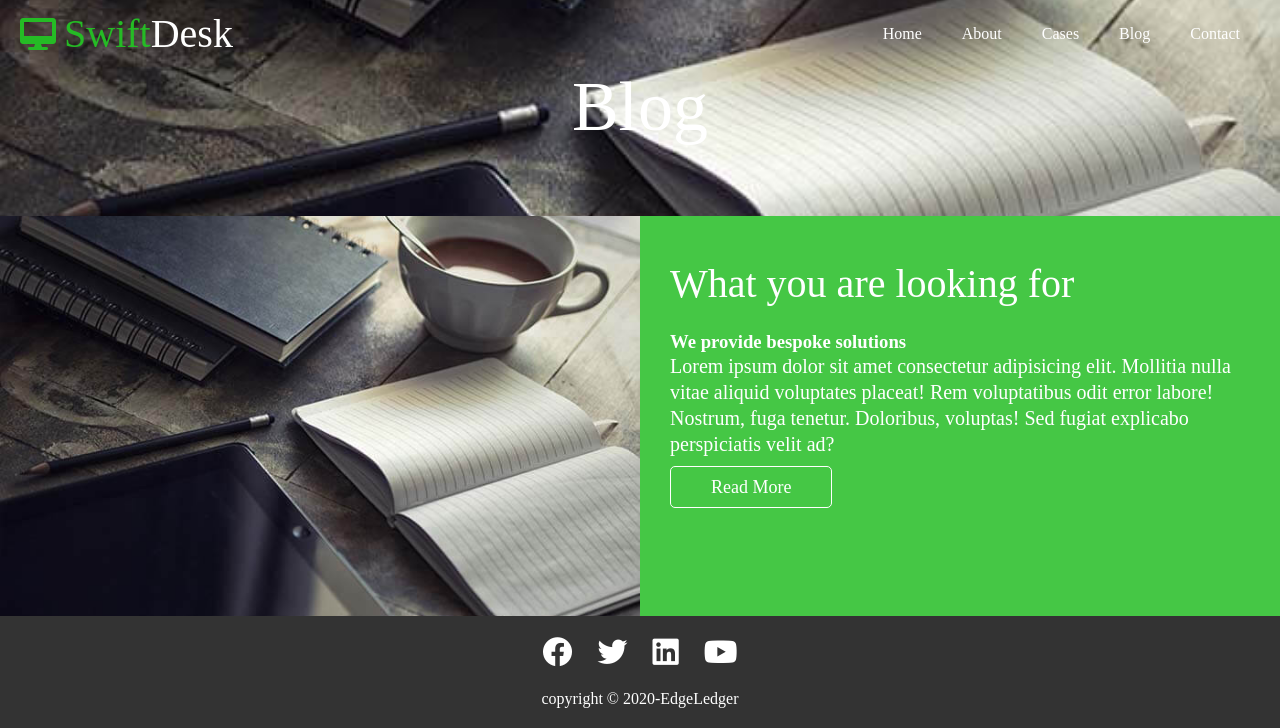
Repository: reemoon-ctrl/swiftdisk-Website-Flexbox
Page: blog.html
These files come from the project's save history. The page is drawn as it stood at one moment and after the next save; the edit follows.
The browser window is 1280 px wide. The pictures show the whole page.

Above is the page before, as saved 2024-07-27 12:16:45.

After the next save:
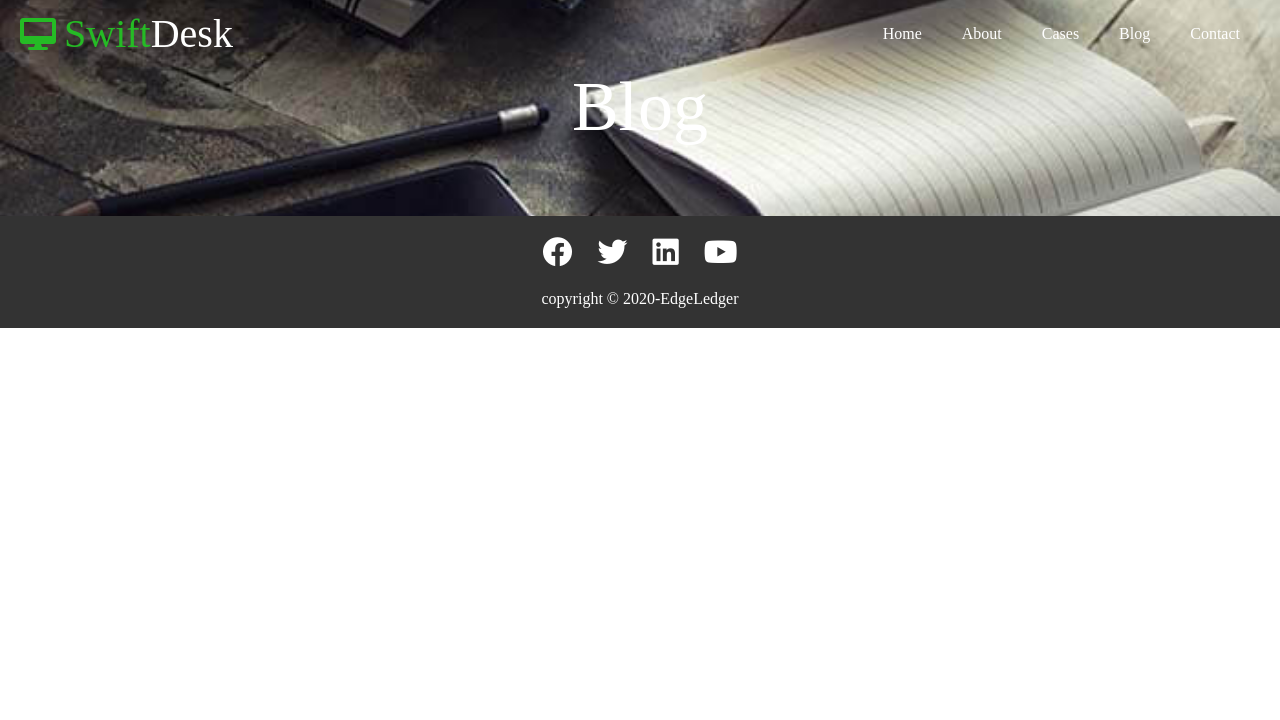
Saved 66 s later.
--- a/blog.html
+++ b/blog.html
@@ -29,19 +29,7 @@
             <h1>Blog</h1>
         </header>
     </div>
-        <div class="solutions">
-            <div class="img"></div>
-            <div class="solution-content">
-                <h2>What you are looking for</h2>
-                <h3>We provide bespoke solutions</h3>
-                <p>Lorem ipsum dolor sit amet consectetur
-                    adipisicing elit. Mollitia nulla vitae aliquid voluptates
-                    placeat! Rem voluptatibus odit error labore! Nostrum,
-                     fuga tenetur. Doloribus, voluptas! Sed
-                    fugiat explicabo perspiciatis velit ad?</p>
-                <a href="index.html">Read More</a>
-             </div>
-        </div>
+
 
     <footer>
             <ul class="footer-icon">
